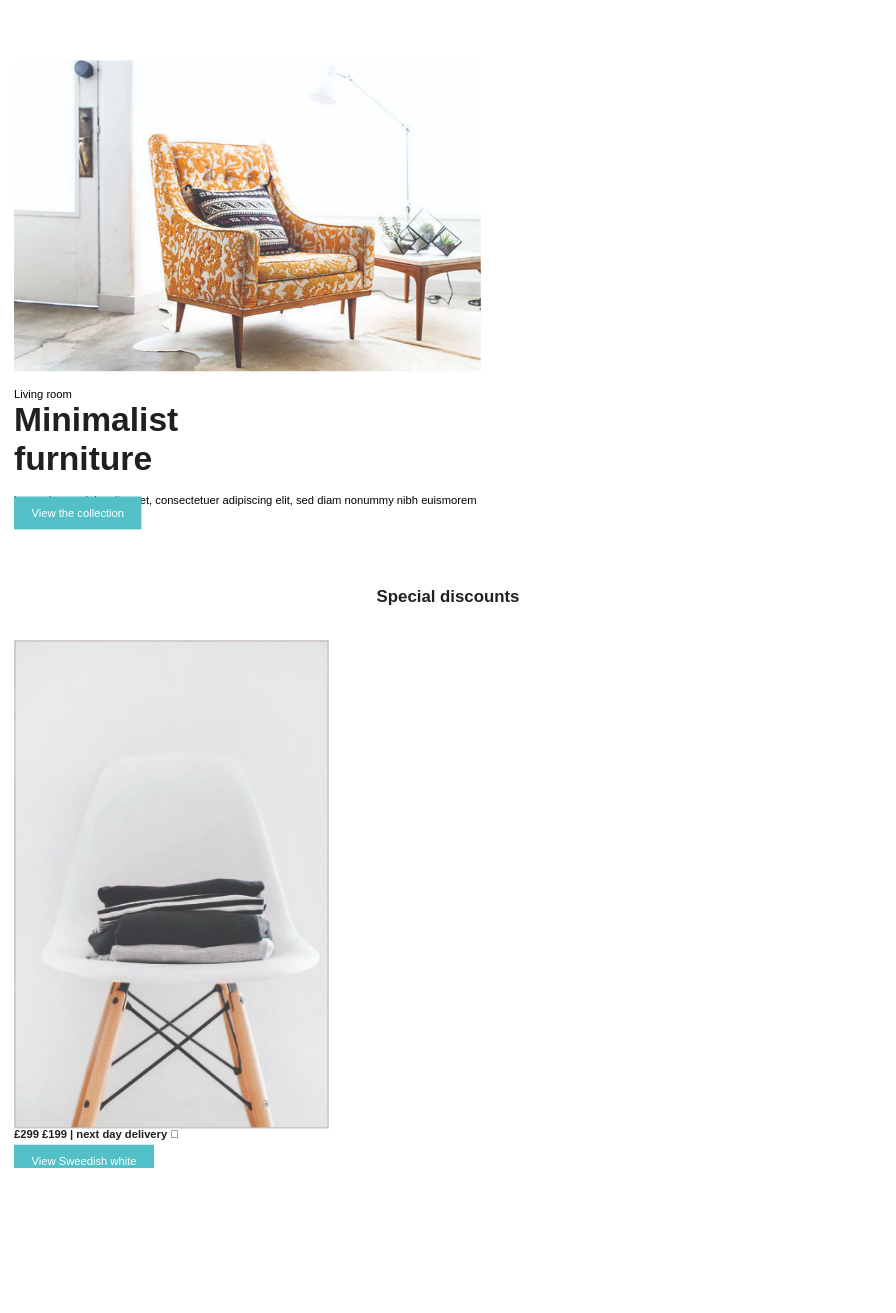
Repository: dinhhaidh/republic-web
Page: index.html
The author's editor kept a copy of each file at every save. The page is drawn from the files as they stood at one save, then again after the next save.
The browser window is 1280 px wide. The pictures show the part of the page from y = 1196 to 3116 px (the page is 3072 px tall before and 3116 px after), at 70% of full size.
Some web fonts or font styles are not loaded; a fallback is used. Some web libraries are served in a nearby version.

Above is the page before, as saved 2024-01-24 18:08:17.

After the next save:
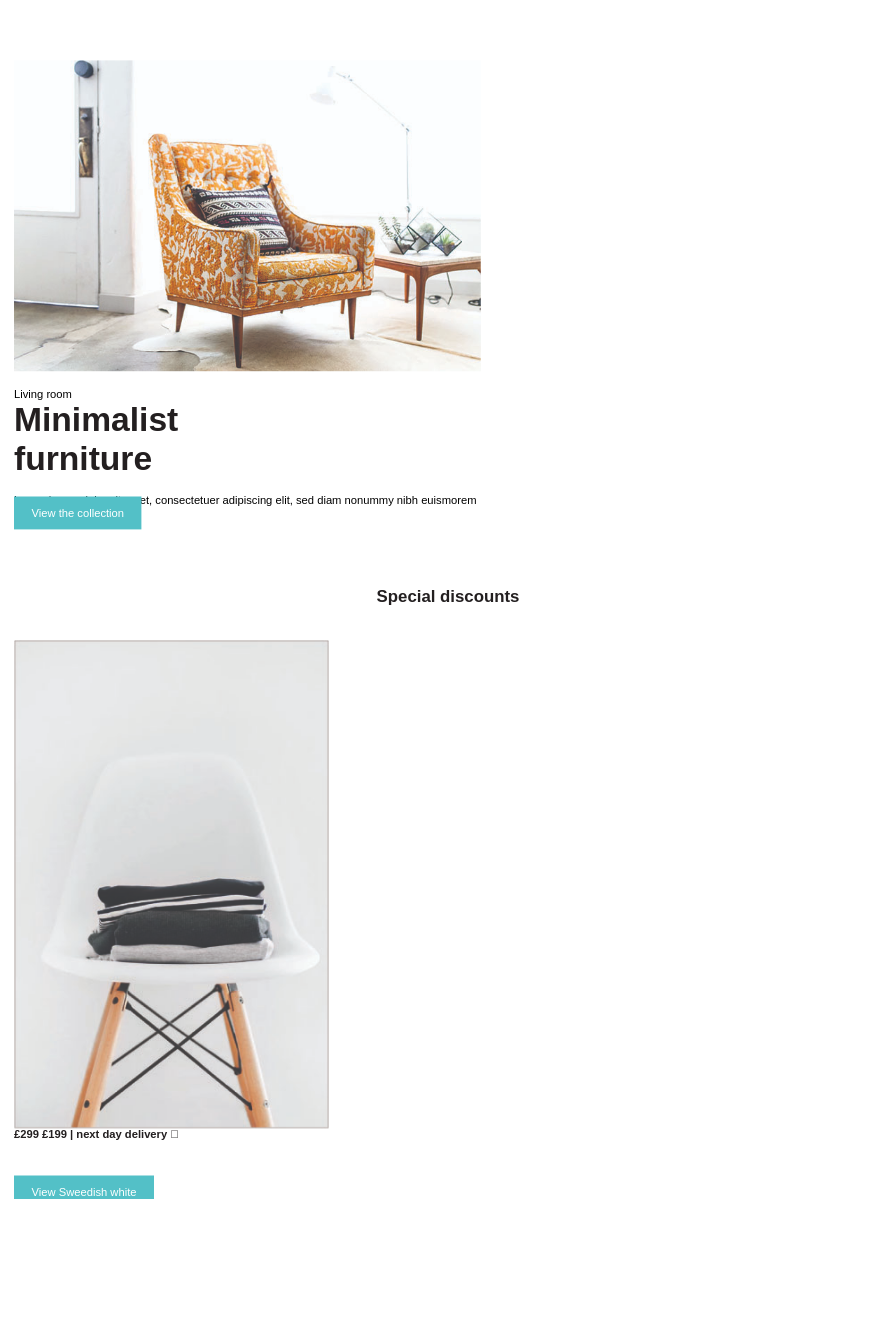
Saved 11 s later.
--- a/style.css
+++ b/style.css
@@ -334,7 +334,7 @@ img {
   width: 450px;
 }
 .lounge h4{
-  margin-bottom: var(--h3-font-size);
+  margin-bottom: 4rem;
 }
 .button__link{
 
